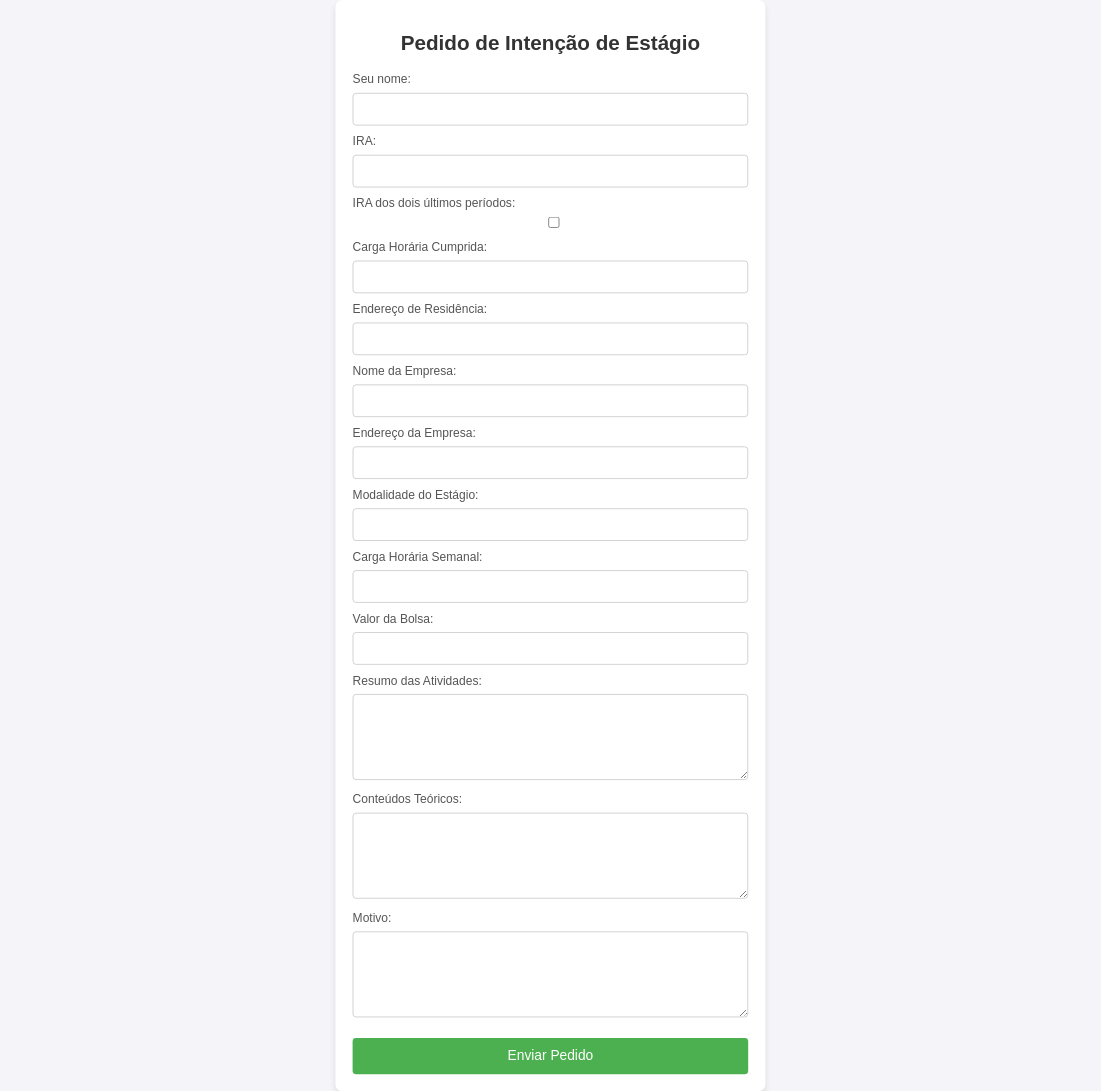
Repository: CronosUchoa/ArqSoft
Page: http://localhost/PedidoIntencaoNovoEstagioRDG/WEB-INF/JSPS/index.jsp
An editor plug-in stored every save of this project. The page is shown before and after the next save, followed by the edit.
The browser window is 1280 px wide. The pictures show the whole page, at 86% of full size.
The page is served by Tomcat 9. Nobody is signed in. The template is opened directly, without the code that normally fills it, so the values that code supplies are empty.

Above is the page before, as saved 2024-11-26 12:39:10.

After the next save:
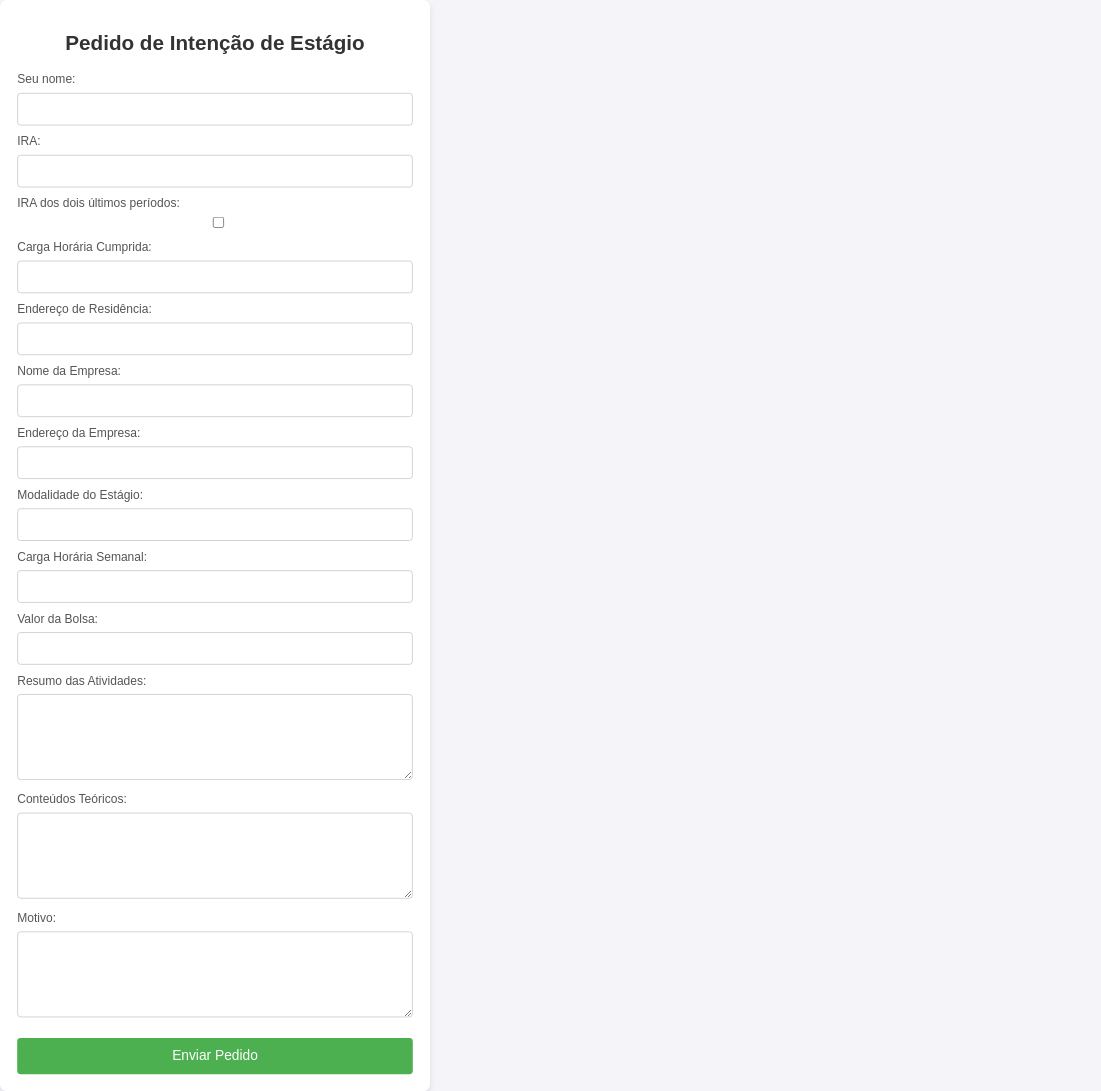
Saved 8 s later.
--- a/PedidoIntencaoNovoEstagioRDG/src/main/webapp/WEB-INF/JSPS/index.jsp
+++ b/PedidoIntencaoNovoEstagioRDG/src/main/webapp/WEB-INF/JSPS/index.jsp
@@ -9,8 +9,8 @@
             font-family: Arial, sans-serif;
             background-color: #f4f4f9;
             display: flex;
-            justify-content: center;
 
+            align-items: center;
             margin: 0;
         }
         form {

After the save that followed:
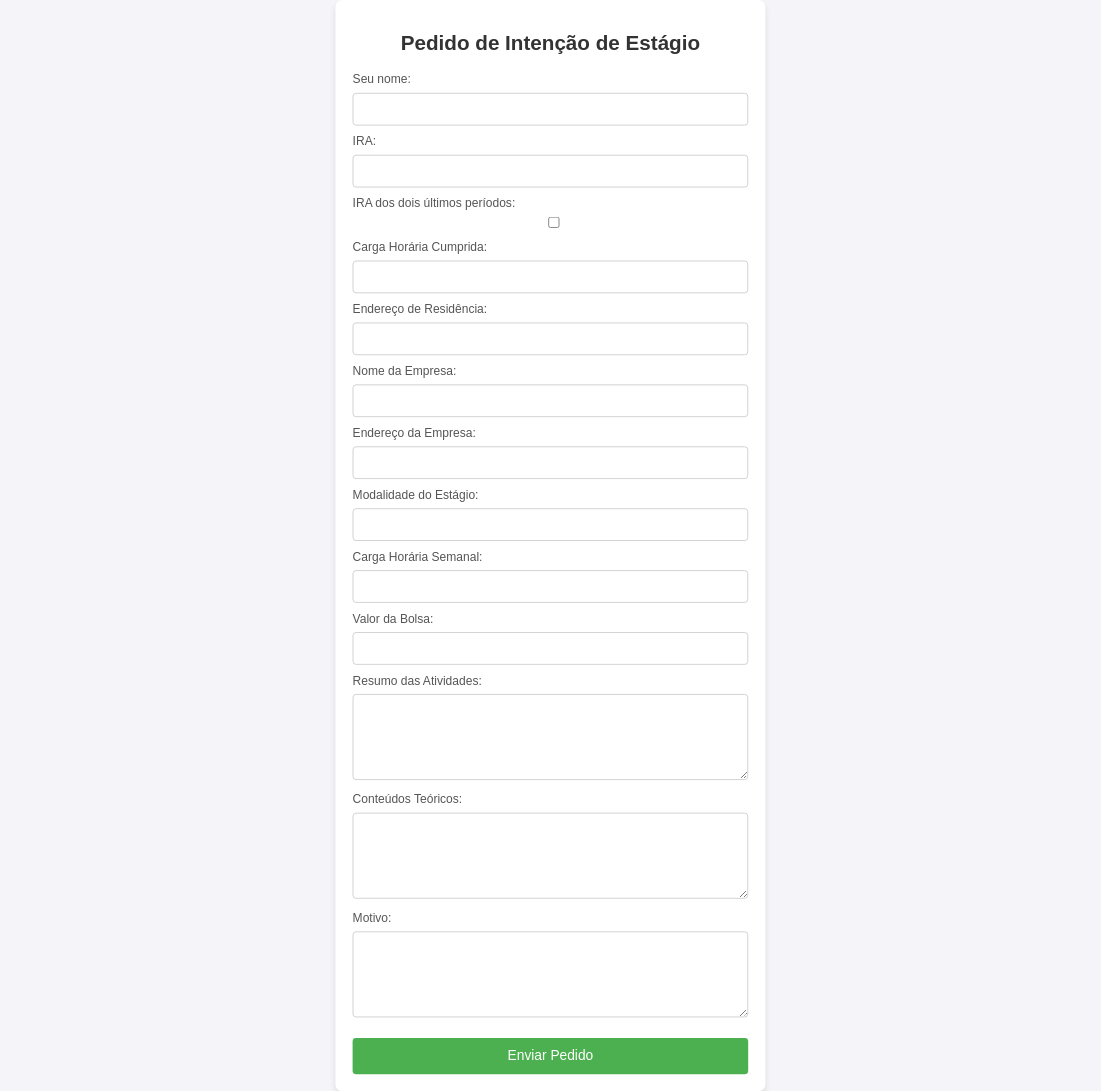
Saved 4 s later.
--- a/PedidoIntencaoNovoEstagioRDG/src/main/webapp/WEB-INF/JSPS/index.jsp
+++ b/PedidoIntencaoNovoEstagioRDG/src/main/webapp/WEB-INF/JSPS/index.jsp
@@ -9,7 +9,7 @@
             font-family: Arial, sans-serif;
             background-color: #f4f4f9;
             display: flex;
-
+            justify-content: center;
             align-items: center;
             margin: 0;
         }
